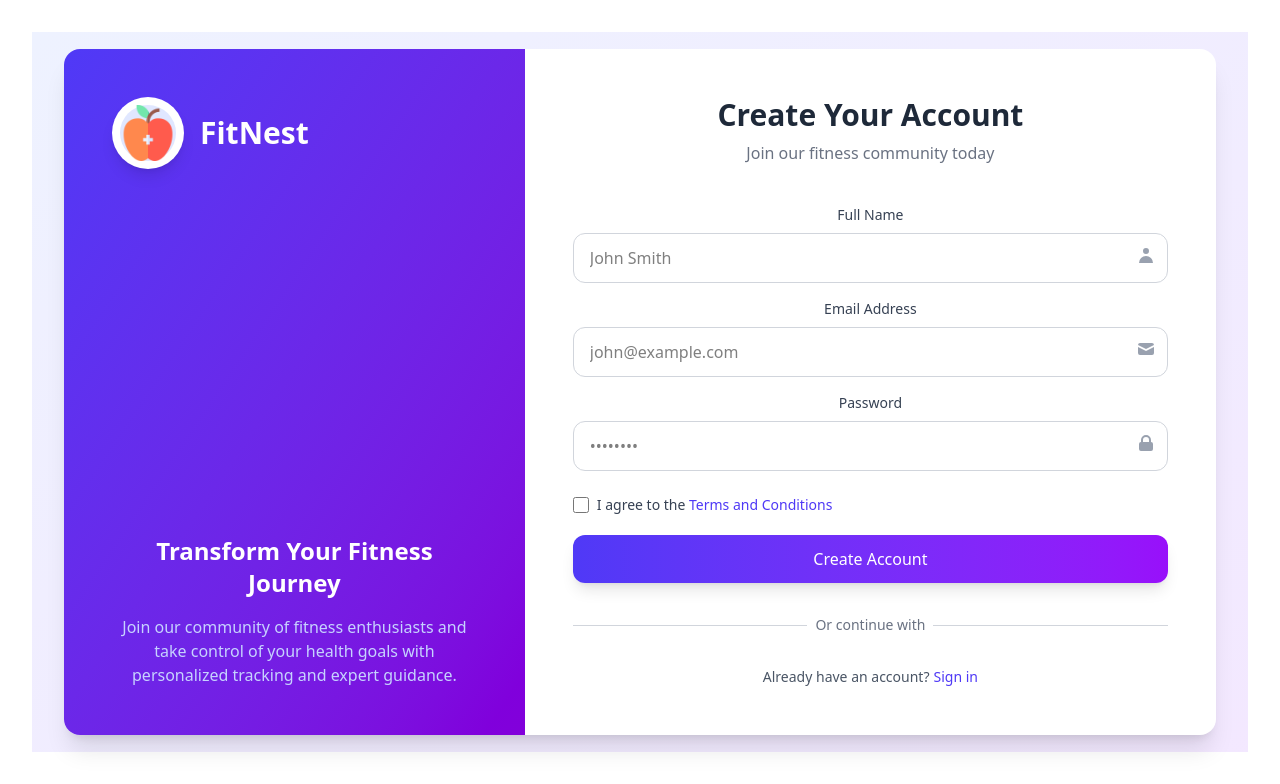
Repository: aryan151pratap/FitPanda
Page: / (app in frontened/)
These files come from the project's save history. The page is drawn as it stood at one moment and after the next save; the edit follows.
The browser window is 1280 px wide. The pictures show the whole page.
The project was rebuilt for these pictures with package versions that can differ from the ones it lists, and the page was loaded fresh each time. Also part of the build but not shown: frontened/vite.config.js.

Above is the page before, as saved 2025-06-03 23:39:32.

After the next save:
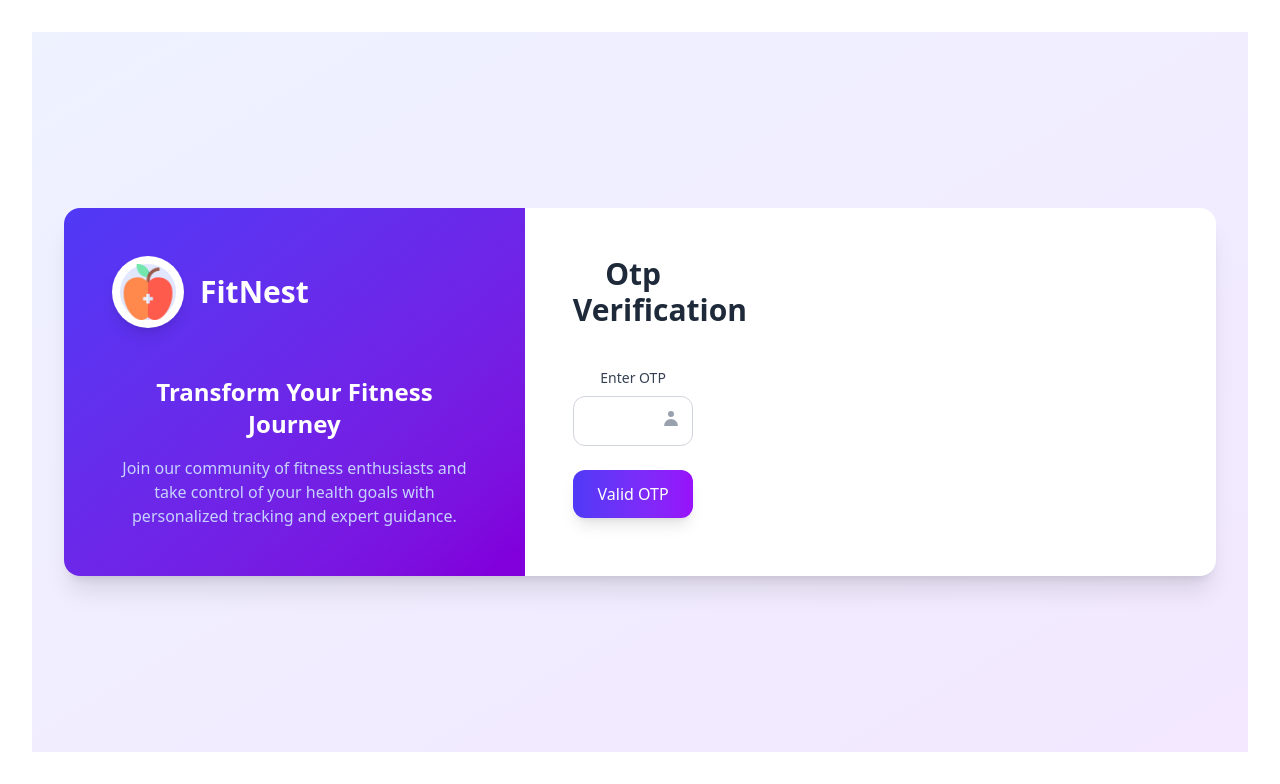
Saved 2 min 46 s later.
--- a/frontened/src/login/sign_up.jsx
+++ b/frontened/src/login/sign_up.jsx
@@ -35,7 +35,8 @@ function Sign_up() {
           </div>
 
           {/* Right Section - Sign Up Form */}
-          <div className="w-full md:w-3/5 p-8 md:p-12">
+		{otp ?
+         	<div className="w-full md:w-3/5 p-8 md:p-12">
             <div className="text-center mb-10">
               <h2 className="text-3xl font-bold text-gray-800">Create Your Account</h2>
               <p className="text-gray-500 mt-2">Join our fitness community today</p>
@@ -144,6 +145,11 @@ function Sign_up() {
               </div>
             </div>
           </div>
+		:
+		<div>
+			<Otp/>
+		</div>
+		}
         </div>
       </div>
     </div>

After the save that followed:
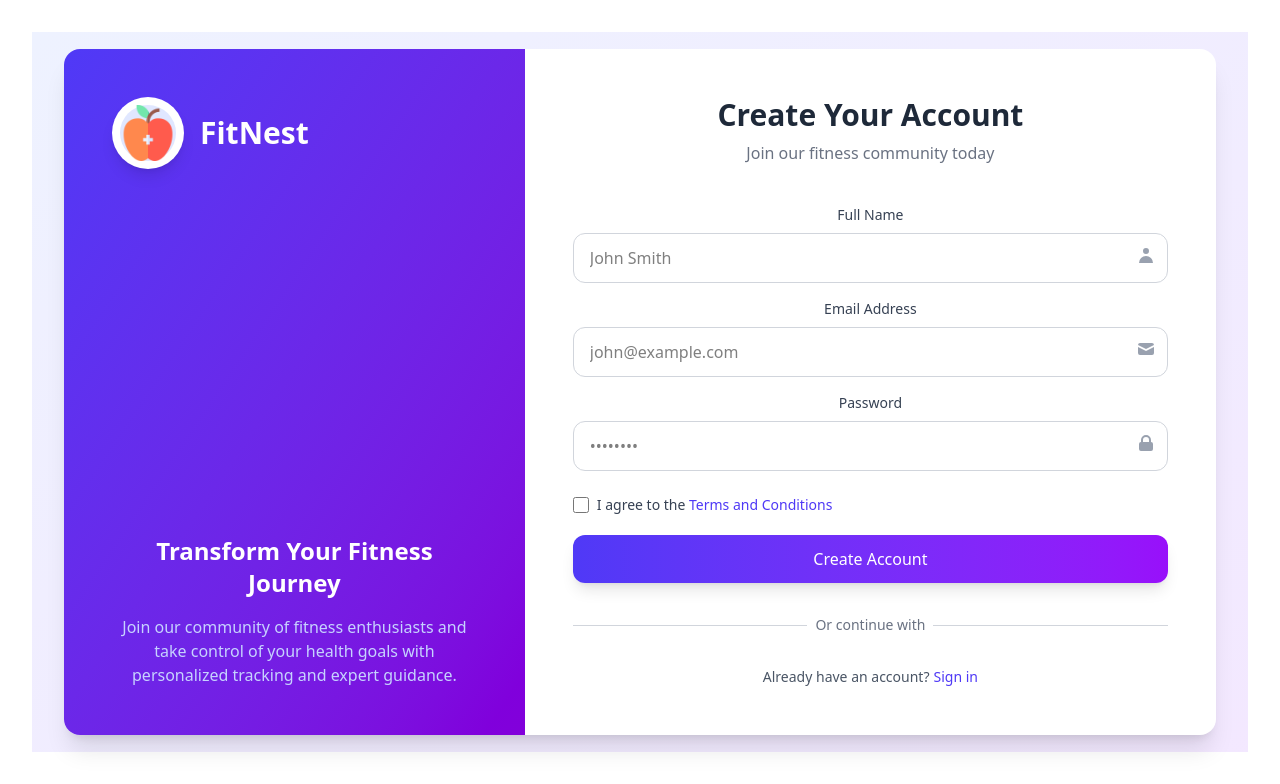
Saved 14 s later.
--- a/frontened/src/login/sign_up.jsx
+++ b/frontened/src/login/sign_up.jsx
@@ -4,7 +4,7 @@ import Otp from './otp';
 
 function Sign_up() {
 
-	const [otp, setOtp] = useState(false);
+	const [otp, setOtp] = useState(true);
 
 	const handle_login = function(){
 		setOtp(true);
